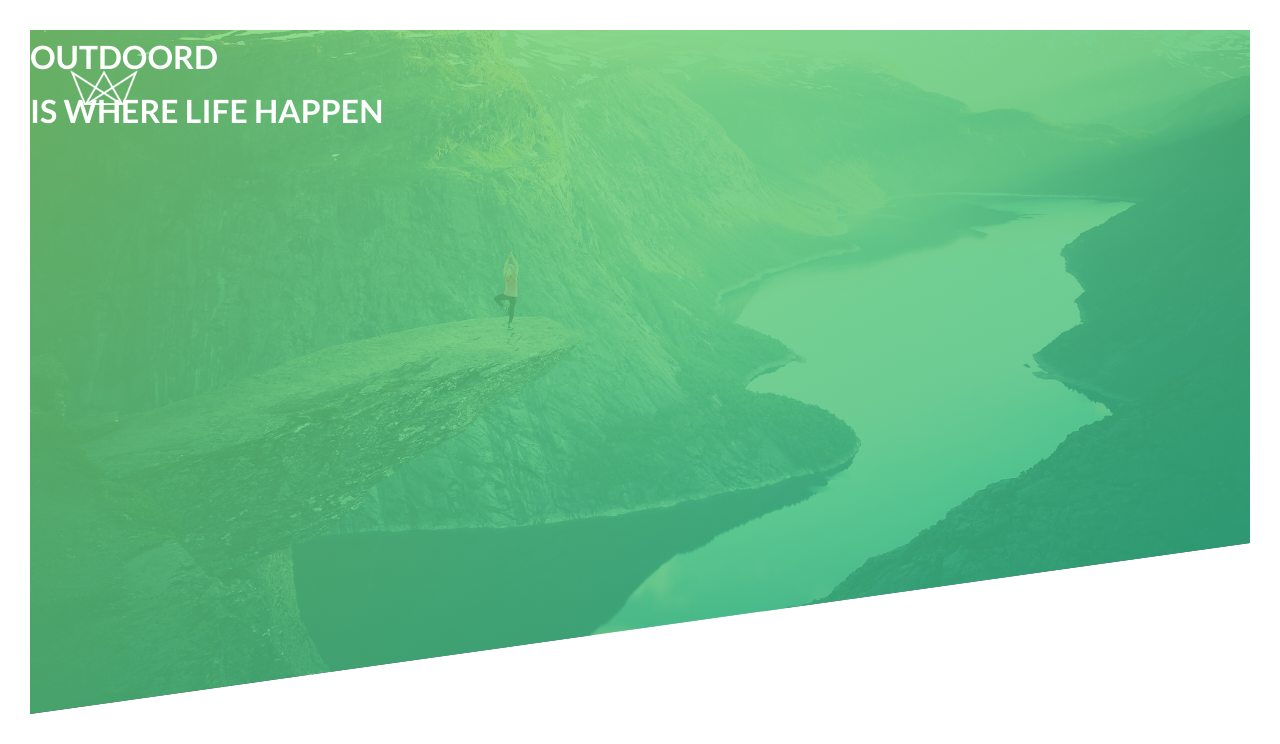
Repository: taivuong95/natours-fe
Page: index.html
These files come from the project's save history. The page is drawn as it stood at one moment and after the next save; the edit follows.
The browser window is 1280 px wide. The pictures show the whole page.

Above is the page before, as saved 2020-12-09 15:23:47.

After the next save:
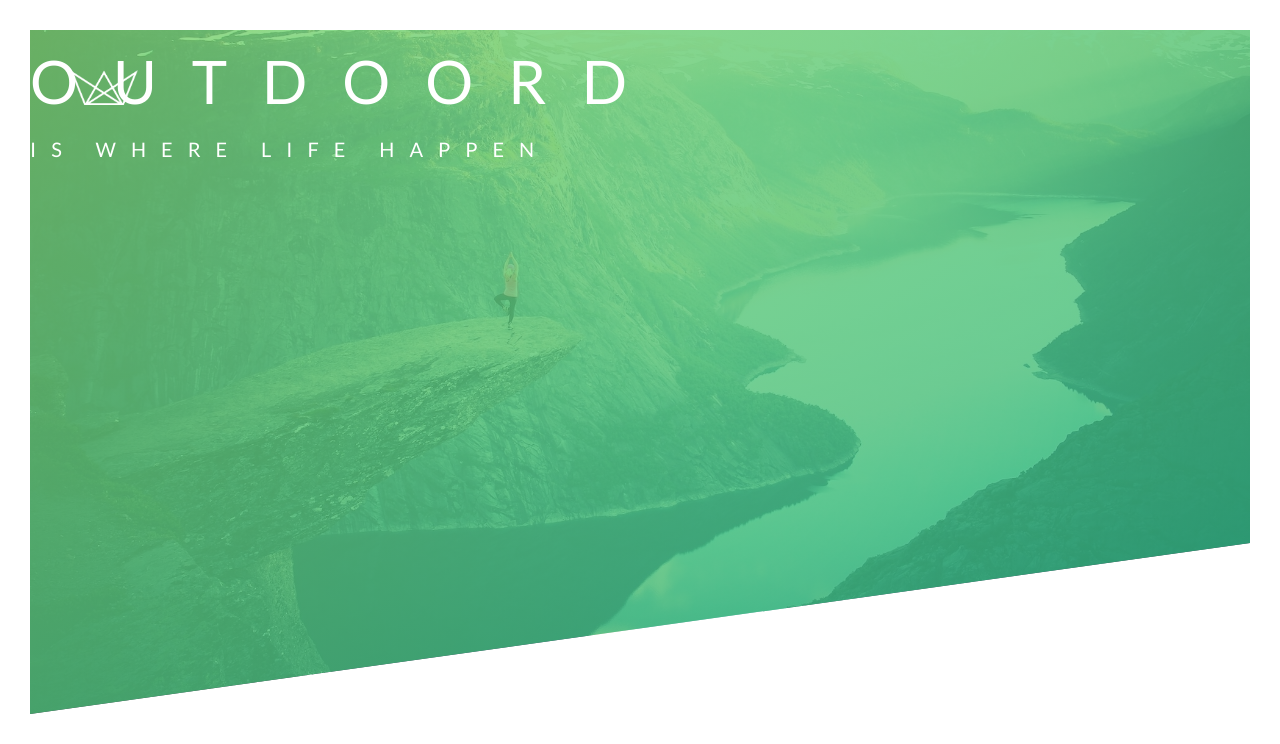
Saved 93 s later.
--- a/css/style.css
+++ b/css/style.css
@@ -53,8 +53,14 @@ body {
 
 .heading-primary-main {
   display: block;
+  font-size: 60px;
+  font-weight: 400;
+  letter-spacing: 35px;
 }
 
 .heading-primary-sub {
   display: block;
+  font-size: 20px;
+  font-weight: 400;
+  letter-spacing: 15px;
 }
